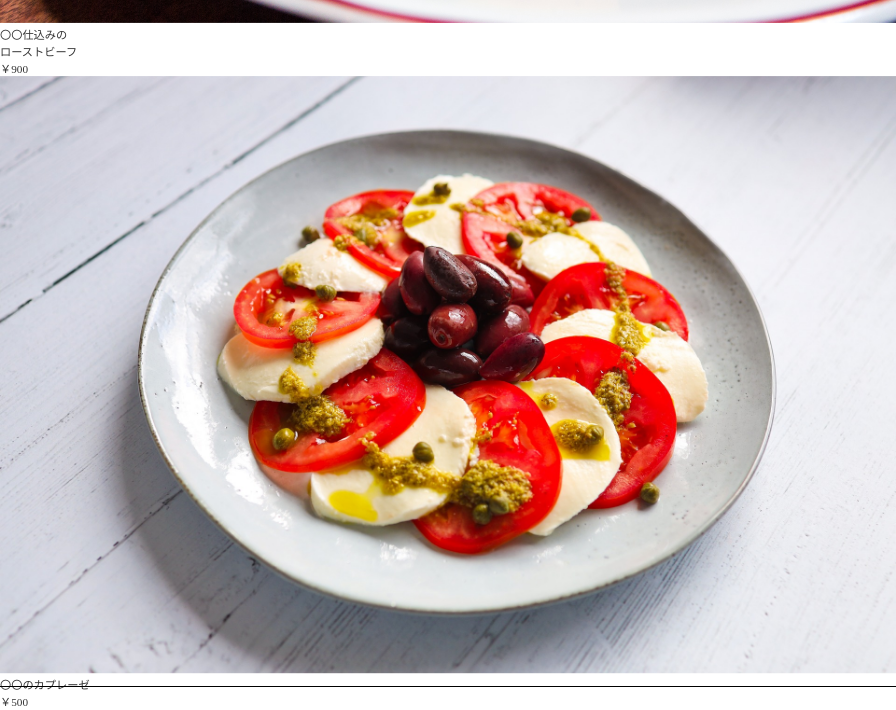
Repository: konatsu-0806/demo-site
Page: FromFigma/index.html
These files come from the project's save history. The page is drawn as it stood at one moment and after the next save; the edit follows.
The browser window is 1280 px wide. The pictures show the part of the page from y = 4464 to 6384 px (the page is 5478 px tall before and 6384 px after), at 70% of full size.

Above is the page before, as saved 2023-02-13 16:58:52.

After the next save:
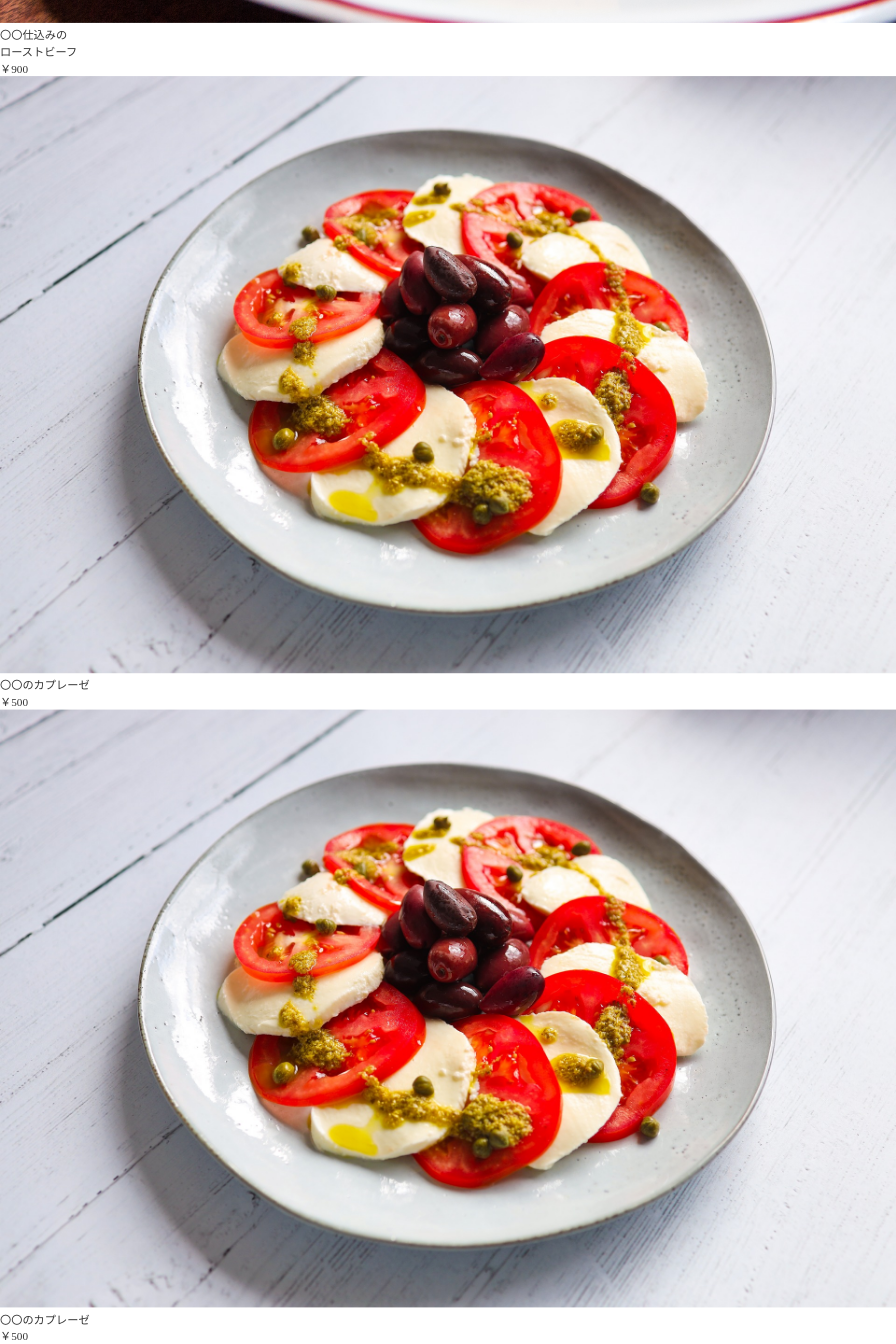
Saved 15 s later.
--- a/FromFigma/index.html
+++ b/FromFigma/index.html
@@ -158,6 +158,11 @@
     <p>〇〇のカプレーゼ</p>
     <p class="price">￥500</p>
   </div>
+  <div class="dish2">
+    <img src="img/mozzarella-salad-g85af32bc5_1920.jpg" alt="">
+    <p>〇〇のカプレーゼ</p>
+    <p class="price">￥500</p>
+  </div>
 </body>
 
 </html>
